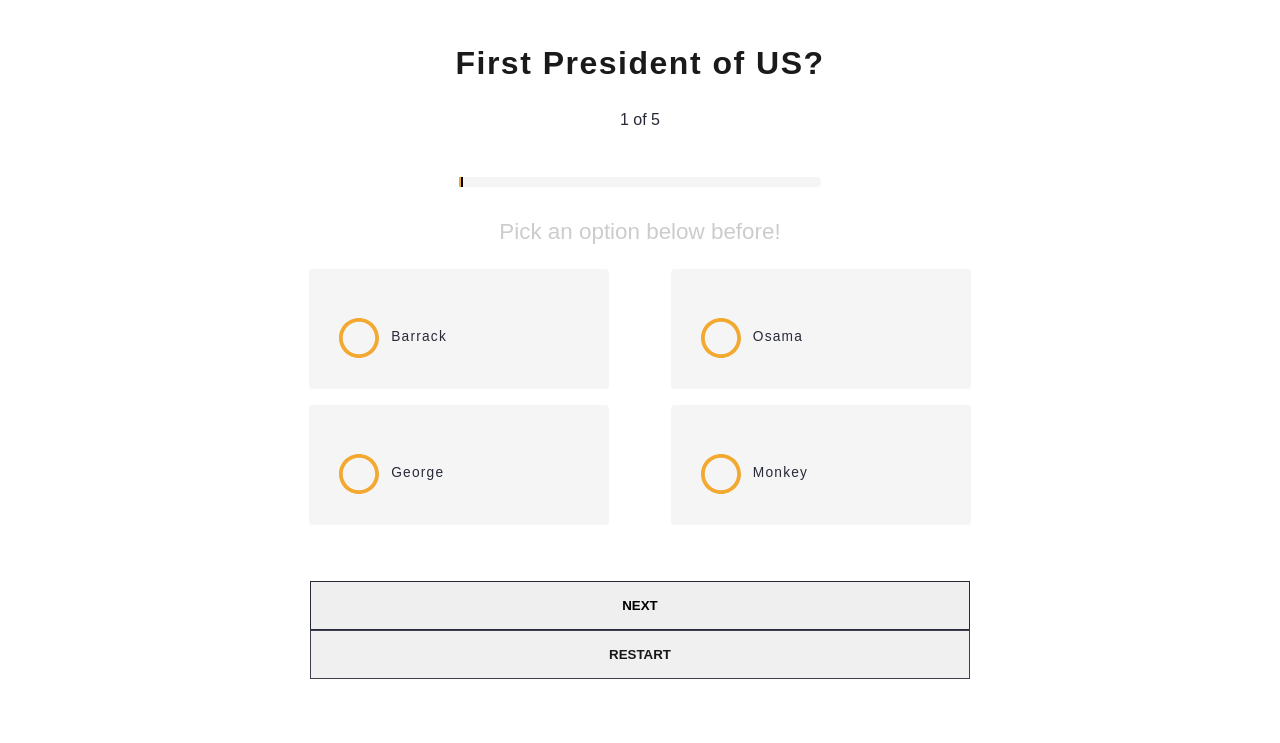
Repository: mukiSabljakovic/Quiz-APP
Page: index.html
These files come from the project's save history. The page is drawn as it stood at one moment and after the next save; the edit follows.
The browser window is 1280 px wide. The pictures show the whole page.
After loading, the first visible `button.restart` was clicked once.
Some web fonts or font styles are not loaded; a fallback is used.

Above is the page before, as saved 2020-05-05 11:50:43.

### index.html
<!DOCTYPE html>
<html lang="en">
<head>
    <meta charset="UTF-8">
    <meta name="viewport" content="width=device-width, initial-scale=1.0">
    <title>Quiz</title>
    <link rel="stylesheet" href="css/style.css">
</head>
<body>
    <div class="app">
        <div class="container">
            <div class="jabquiz">

                <div class="jabquiz__question-box">
                    <h1 class="jabquiz__question"></h1>
                    <p class="jabquiz__tracker"></p>
                    <div class="progress">
                        <div class="progress__inner">

                        </div>
                    </div>
                    <p class="jabquiz__tagline">Pick an option below before!</p>
                </div>



                <div class="jabquiz__choices-box">
                    <ul class="jabquiz__choices">
                        <!-- dynamically with js -->


                    </ul>
                </div>



                <div class="jabquiz__footer">
                    <button class="button button--bordered next">Next</button>
                    <button class="button button--bordered restart">Restart</button>
                </div>



            </div>
        </div>
    </div>

    <script src="js/app.js" type="module"></script>
</body>
</html>

### css/style.css
@import url("https://fonts-googleapis.com/css?family=Raleway|PT+Serif:700");


:root {
    --main-font-color: #1a1a1a;
    --main-bg-color: white;
    --main-theme-color: rgb(243, 168, 47);
    --light-white: #f5f5f5;
    --light-gray: #ccc;
    --light-black: #282a39;
    --container-width: 768px;
    --font-body-stack: Raleway, Charcoal, sans-serif;
    --font-heading-stack: "PT Serif", sans-serif;

}

* {
 padding: 0;
 margin: 0;
 box-sizing: border-box;
}

.container {
    max-width: var(--container-width);
    margin-right: auto;
    margin-left: auto;
}

.button {
    padding: 1rem 3.8rem;
    text-transform: uppercase;
    border: 1px solid #eee;
    outline: 0;
    opacity: .9;
    font-weight: bold;
    transition: .3s all ease;
}

.button:hover {
    opacity: 1;
    background: var(--light-black);
    color: white;
}

.button.button--bordered {
    border: 1px solid var(--light-black);
}

.jabquiz {
    padding: 2rem 1.4rem;
}

.jabquiz__question-box {
    text-align: center;
}

.jabquiz__question {
    font-family: var(--font-heading-stack);
    font-weight: bold;
    letter-spacing: 1.5px;
    padding: 0.8rem 4rem;
    color: var(--main-font-color);
}

.jabquiz__tracker {
    font-family: var(--font-body-stack);
    color: var(--light-black);
    padding: 1rem;
}

.jabquiz__tagline {
    font-family: var(--font-body-stack);
    color: var(--light-gray);
    font-size: 1.4rem;
}

.progress {
    border-radius: 4px;
    margin: 2rem auto;
    width: 50%;
    background-color: var(--light-white);
}

.progress__inner {
    height: 10px;
    width: 0%;
    background-color: var(--main-theme-color);
    border-right: 2px solid black;
}

/* .jabquiz__choices-box {

} */

.jabquiz__choices {
    list-style-type: none;
    margin: 1rem auto;
    display: flex;
    flex-wrap: wrap;
}

.jabquiz__choice {
    min-width: 300px;
    border-radius: 4px;
    display: block;
    background: var(--light-white);
    margin: .5rem auto;
    font-family: sans-serif;
    color: var(--light-black);
    letter-spacing: 1.2px;
    font-size: .86rem;
}

.jabquiz__label {
    padding: 2rem 2rem;
    display: flex;
    align-items: center;
}

.jabquiz__choices input {
    opacity: 0;
}

.jabquiz__choices input:checked + label {
    color: var(--main-theme-color);
}

.jabquiz__choices input:checked + label i {
    background-image: url('../images/interface.svg');

}

.jabquiz__choices label i {
    background: url('../images/circle.svg');
    background-size: 40px;
    height: 40px;
    width: 40px;
    display: inline-block;
    position: relative;
    top: 1px;
    left: -2px;
    margin-right: 10px;
}

.jabquiz__footer {
    padding: 2rem;
    display: flex;
    flex-direction: column;
}

### js/app.js
import Question from "./Question.js";
import Quiz from "./Quiz.js";


const App = (() => {
 // cache the DOM
 const quizEl = document.querySelector(".jabquiz");
 const quizQuestionEl = document.querySelector(".jabquiz__question");
 const trackerEl = document.querySelector(".jabquiz__tracker");
 const taglineEl = document.querySelector(".jabquiz__tagline");
 const choicesEl = document.querySelector(".jabquiz__choices");
 const progressInnerEl = document.querySelector(".progress__inner");
 const nextButtonEl = document.querySelector(".next");
 const restartButtonEl = document.querySelector(".restart");

 const q1 = new Question(
     "First President of US?",
     ["Barrack", "Osama", "George", "Monkey"],
     2
 )

 const q2 = new Question(
    "When was JS created?",
    ["June 1995", "May 1995", "July 1885", "Sept 1996"],
    1
)

const q3 = new Question(
    "What does CSS stand for?",
    ["Cusa", "Cisa", "Cascading Style Sheets", "Cosa"],
    2
)

const q4 = new Question(
    "THe full form of HTML is...",
    ["Hypothalamus", "Hisan", "Huca", "Hyper Text Markup Language"],
    3
)

const q5 = new Question(
    "Console.log(typeof []) would return what?",
    ["Barr", "Object", "Null", "Array"],
    1
)

const quiz = new Quiz([q1, q2, q3, q4, q5]);

const listeners = _ => {
   nextButtonEl.addEventListener("click", function() {
        const selectedRadioElem = document.querySelector('input[name="choice"]:checked');
        if (selectedRadioElem) {
          const key = Number(selectedRadioElem.getAttribute("data-order"));
          quiz.guess(key);
          renderAll();
        }
    })

    restartButtonEl.addEventListener("click", function() {
        // 1. reset the quiz
        quiz.reset();
        // 2. renderAll
        renderAll();
        // 3. restore the next button
       nextButtonEl.style.opacity = 1;
    })
}

const setValue = (elem, value) => {
    elem.innerHTML = value;
}

const renderQuestion = _ => {
    const question = quiz.getCurrentQuestion().question;
    setValue(quizQuestionEl, question);
}

renderQuestion();

const renderChoicesElements = _ => {
    let markup = "";
    const currentChoices = quiz.getCurrentQuestion().choices;
    currentChoices.forEach((elem, index) => {
        markup += `
            <li class="jabquiz__choice">
            <input type="radio" name="choice" data-order="${index}" id="choice${index}" class="jabquiz__input">
            <label for="choice${index}" class="jabquiz__label">
                <i></i>
               <span>${elem}</span>
            </label>
        </li>
        `
    });
    setValue(choicesEl, markup);
}

const renderTracker = _ => {
    const index = quiz.currentIndex;
    setValue(trackerEl, `${index+1} of ${quiz.questions.length}`);
}

const getPercentage = (num1, num2) => {
    return Math.round((num1/num2) * 100);
}

const launch = (width, maxPercent) => {
    let loadingBar = setInterval(function() {
        if (width > maxPercent) {
            clearInterval(loadingBar);

            } else {
                width++;
                progressInnerEl.style.width = width + "%";
        }
    }, 3)
}


const renderProgress = _ => {
    // 1. width
    const currentWidth = getPercentage(quiz.currentIndex, quiz.questions.length);
    // 2. launch(0, width)
    launch(0, currentWidth);
}

const renderEndScreen = _ => {
    setValue(quizQuestionEl, `Great Job!`);
    setValue(taglineEl, `Complete!`);
    setValue(trackerEl, `Your score: ${getPercentage(quiz.score, quiz.questions.length)}%`);
   nextButtonEl.style.opacity = 0;
    renderProgress();
}

const renderAll = _ => {

    if (quiz.hasEnded()) {
        // renderEndScreen
        renderEndScreen();
    } else {
        // 1. render the question
        renderQuestion();
        // 2. render the choices elements
        renderChoicesElements();
        // 3. render Tracker
        renderTracker();
        // 4. render Progress
        renderProgress();
    }
}

return {
    renderAll: renderAll,
    listeners: listeners
}
})();

App.renderAll();
App.listeners();

### js/Question.js
export default function Question(question, choices, answerKey) {
    this.question = question;
    this.choices = choices;
    this.answerKey = answerKey;

}

Question.prototype.isCorrect = function (guessKey) {
    return guessKey === this.answerKey;
}

### js/Quiz.js

export default function Quiz(questions) {
    this.questions = questions;
    this.score = 0;
    this.currentIndex = 0;
}

Quiz.prototype.getCurrentQuestion = function() {
    return this.questions[this.currentIndex];
}


Quiz.prototype.nextIndex = function() {
    this.currentIndex++;
}

Quiz.prototype.hasEnded = function() {
    return this.currentIndex === this.questions.length;
}

Quiz.prototype.guess = function(userGuess) {
    const currentQuestion = this.questions[this.currentIndex];
    if (currentQuestion.isCorrect(userGuess)) {
        this.score++;
    }
    this.nextIndex();
}

Quiz.prototype.reset = function() {
    this.score = 0;
    this.currentIndex = 0;
}

### images/circle.svg
<?xml version="1.0" encoding="iso-8859-1"?>
<!-- Generator: Adobe Illustrator 19.0.0, SVG Export Plug-In . SVG Version: 6.00 Build 0)  -->
<svg version="1.1" id="Layer_1" xmlns="http://www.w3.org/2000/svg" xmlns:xlink="http://www.w3.org/1999/xlink" x="0px" y="0px"
	 viewBox="0 0 512 512" style="enable-background:new 0 0 512 512;" xml:space="preserve">
<path style="fill:#F3a82f;" d="M255.832,48.032c114.859,0.096,207.896,93.277,207.8,208.137s-93.277,207.896-208.137,207.8
	C140.7,463.872,47.695,370.795,47.695,256C47.871,141.149,140.981,48.112,255.832,48.032 M255.832,0
	C114.443,0.096-0.096,114.779,0,256.168S114.779,512.096,256.168,512C397.485,511.904,512,397.317,512,256
	C511.952,114.571,397.261-0.048,255.832,0z"/>
<g>
</g>
<g>
</g>
<g>
</g>
<g>
</g>
<g>
</g>
<g>
</g>
<g>
</g>
<g>
</g>
<g>
</g>
<g>
</g>
<g>
</g>
<g>
</g>
<g>
</g>
<g>
</g>
<g>
</g>
</svg>

After the next save:
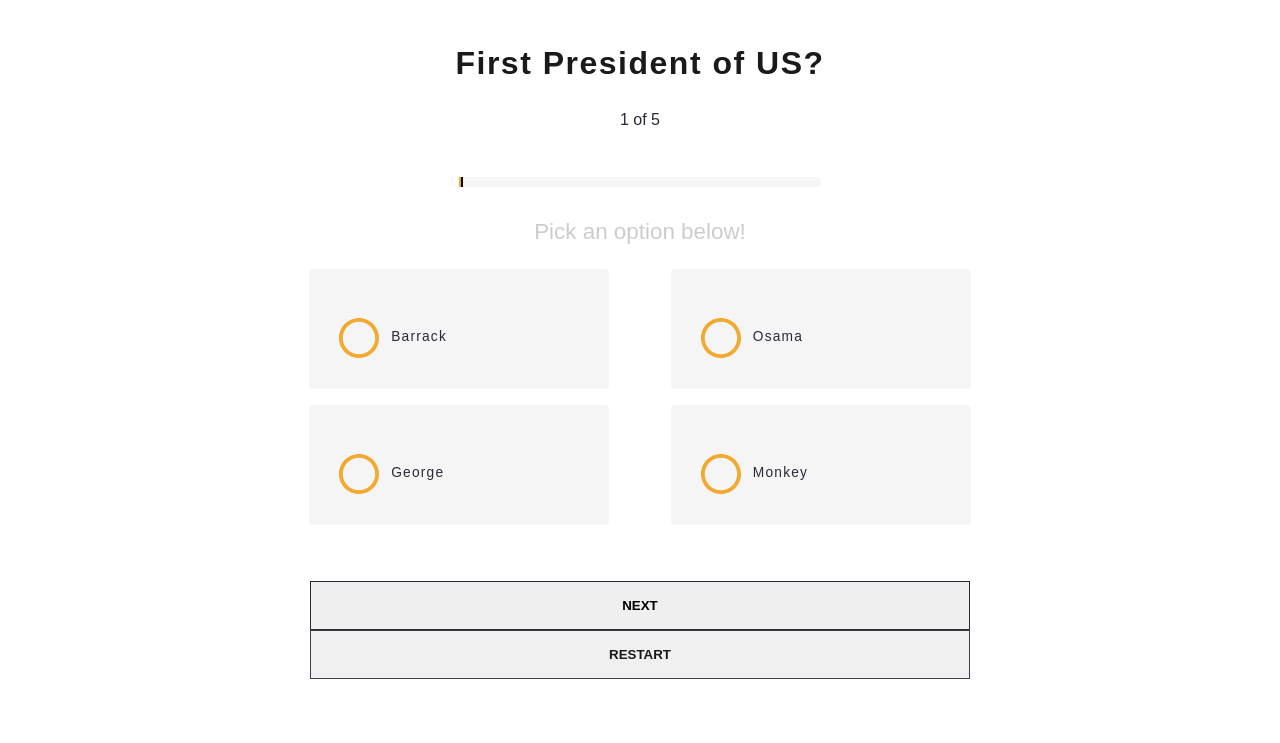
Saved 2 min 49 s later.
--- a/js/app.js
+++ b/js/app.js
@@ -62,6 +62,8 @@ const listeners = _ => {
         renderAll();
         // 3. restore the next button
        nextButtonEl.style.opacity = 1;
+        // 4. restore tagline
+       setValue(taglineEl, `Pick an option below!`);
     })
 }
 
